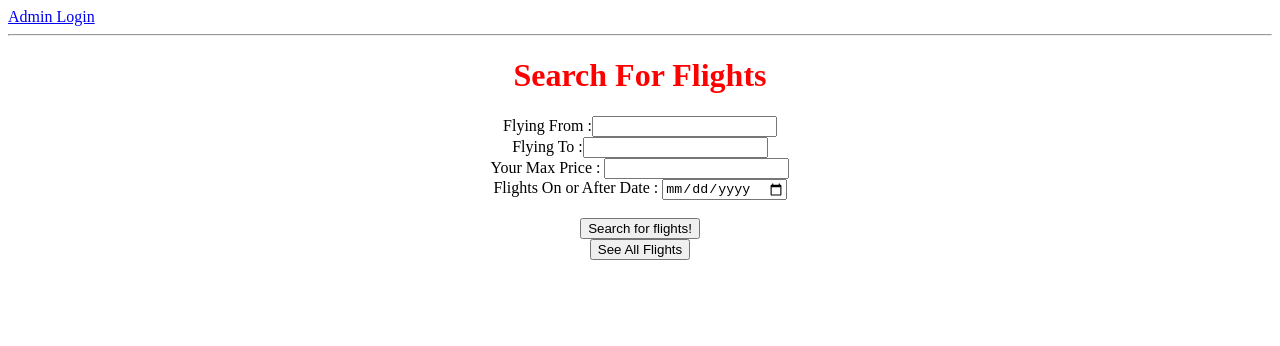
Repository: tuskhillare/FlyAway-1.0-
Page: http://localhost/FlyAway/
An editor plug-in stored every save of this project. The page is shown before and after the next save, followed by the edit.
The browser window is 1280 px wide. The pictures show the whole page.
The page is served by Tomcat 9.

Above is the page before, as saved 2021-10-01 15:10:01.

After the next save:
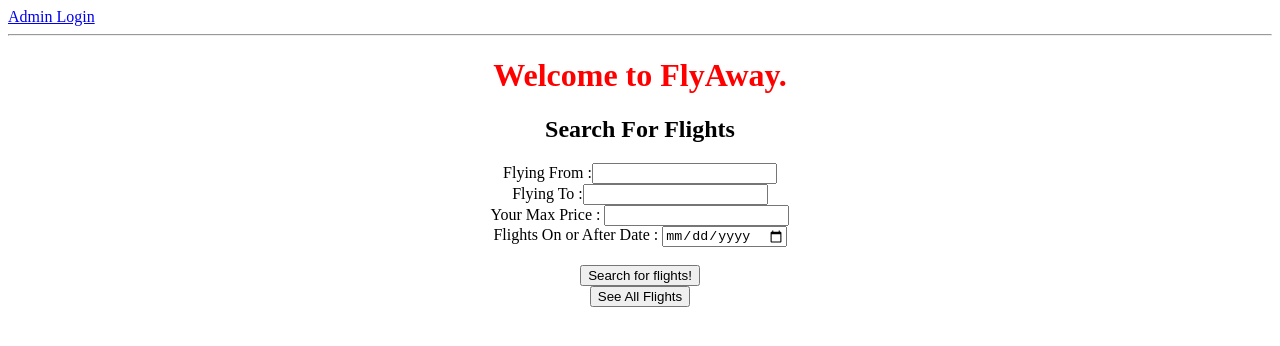
Saved 4 min 39 s later.
--- a/Source Code/FlyAway/src/main/webapp/index.jsp
+++ b/Source Code/FlyAway/src/main/webapp/index.jsp
@@ -11,7 +11,8 @@ h1{color:red;}
 	<a href="Login.jsp">Admin Login</a>
 	<hr>
 	<center>
-	<h1>Search For Flights</h1>
+	<h1>Welcome to FlyAway.</h1>
+	<h2>Search For Flights</h2>
 	<form name="searchForFlights" method="GET" action="SearchFlights">
 		Flying From :<input type="text" name="source" > <br/>
 		Flying To :<input type="text" name="destination" > <br/>
